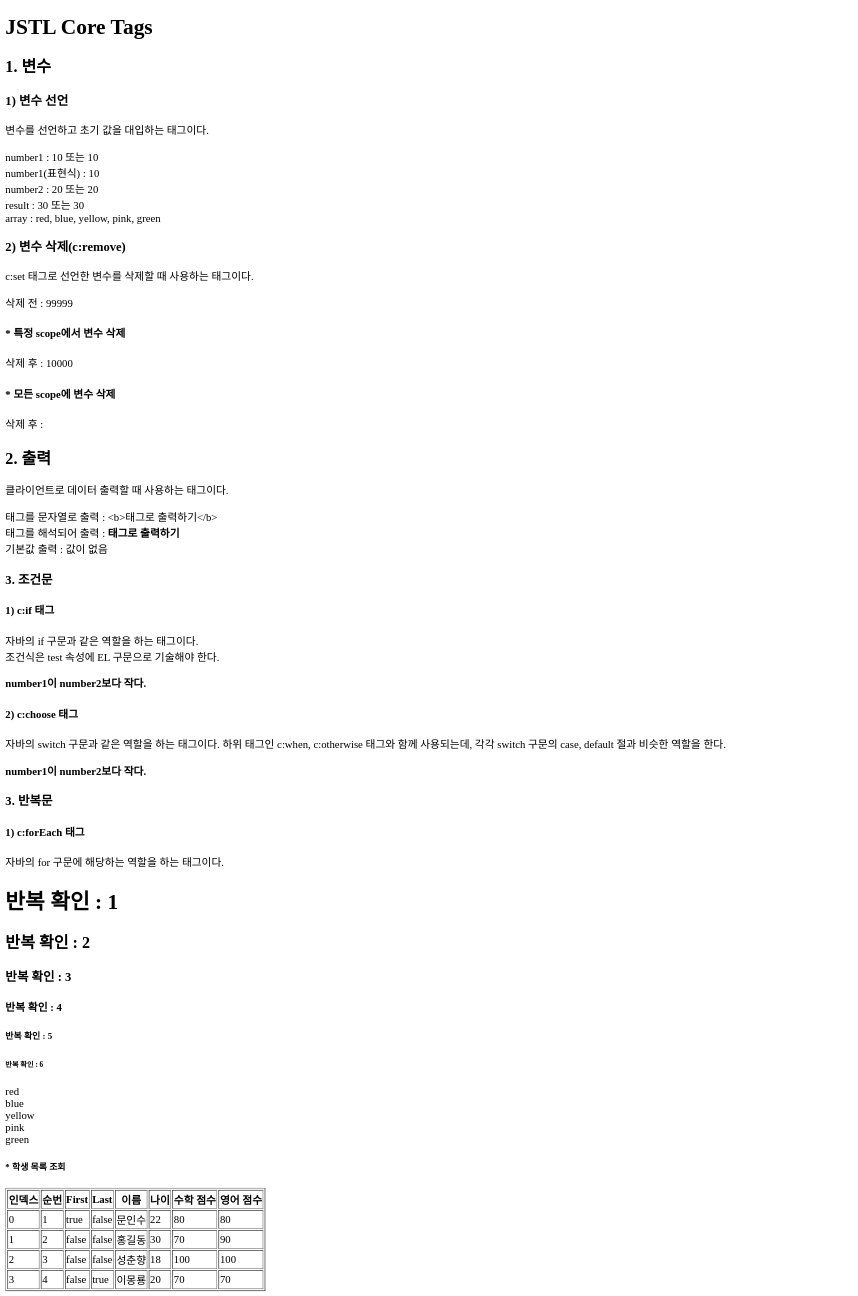
Repository: Parknogyung/Backend
Page: http://localhost/03_EL_JSTL/views/actiontag/jstl/core.jsp
These files come from the project's save history. The page is drawn as it stood at one moment and after the next save; the edit follows.
The browser window is 1280 px wide. The pictures show the whole page, at 67% of full size.
The page is served by Tomcat 9. Other server files are loaded and not shown.

Above is the page before, as saved 2022-07-13 05:18:05.

### 03_EL_JSTL/src/main/webapp/views/actiontag/jstl/core.jsp
<%@page import="java.util.ArrayList"%>
<%@page import="com.kh.el.model.vo.Student"%>
<%@page import="java.util.List"%>
<%@ page language="java" contentType="text/html; charset=UTF-8"
    pageEncoding="UTF-8"%>
<%@ taglib uri="http://java.sun.com/jsp/jstl/core" prefix="c" %>
<!DOCTYPE html>
<html>
<head>
<meta charset="UTF-8">
<title>JSTL Core Tags</title>
</head>
<body>
	<h1>JSTL Core Tags</h1>

	<h2>1. 변수</h2>
	<h3>1) 변수 선언</h3>
	<p>
		변수를 선언하고 초기 값을 대입하는 태그이다.
	</p>

	<c:set var="number1" value="10"/>
	<c:set var="number2" value="20" scope="request"/>
	<c:set var="result" value= "${number1 + number2 }" scope="session"/>
	<c:set var="array" scope="request">
		red, blue, yellow, pink, green
	</c:set>

	number1 : ${number1 } 또는 ${ pageScope.number1 }<br>
	number1(표현식) : <%= pageContext.getAttribute("number1") %> <br>
	number2 : ${number2 } 또는 ${requestScope.number2 } <br>
	result : ${result } 또는 ${sessionScope.result } <br>
	array : ${ array } <br>

	<h3>2) 변수 삭제(c:remove)</h3>
	<p>
		c:set 태그로 선언한 변수를 삭제할 때 사용하는 태그이다.
	</p>

	<c:set var="result" value="99999"/>
	<c:set var="result" value="10000" scope="request"/>

	삭제 전 : ${result}

	<h4>* 특정 scope에서 변수 삭제</h4>
	<c:remove var="result" scope="page"/>

	삭제 후 : ${result }

	<h4>* 모든 scope에 변수 삭제</h4>
	<c:remove var="result"/>

	삭제 후 : ${result }

	<h2>2. 출력</h2>
	<p>
		클라이언트로 데이터 출력할 때 사용하는 태그이다.
	</p>
	태그를 문자열로 출력 : <c:out value="<b>태그로 출력하기</b>" escapeXml="true"/>	<br>
	태그를 해석되어 출력 : <c:out value="<b>태그로 출력하기</b>" escapeXml="false"/> <br>
	기본값 출력 : <c:out value="${result }" default="값이 없음"/>	<br>

	<h3>3. 조건문</h3>

	<h4>1) c:if 태그 </h4>
	<p>
		자바의 if 구문과 같은 역할을 하는 태그이다. <br>
		조건식은 test 속성에 EL 구문으로 기술해야 한다.
	</p>

	<c:if test="${number1 > number2 }">
		<b>number1이 number2보다 크다.</b>
	</c:if>

	<c:if test="${number1 < number2 }">
		<b>number1이 number2보다 작다.</b>
	</c:if>

	<h4>2) c:choose 태그</h4>
	<p>
		자바의 switch 구문과 같은 역할을 하는 태그이다.
		하위 태그인 c:when, c:otherwise 태그와 함께 사용되는데, 각각 switch 구문의 case, default 절과 비슷한 역할을 한다.
	</p>

	<c:choose>
		<c:when test="${number1 > number2 }">
			<b>number1이 number2보다 크다.</b>
		</c:when>

		<c:when test="${number1 < number2 }">
			<b>number1이 number2보다 작다.</b>
		</c:when>

		<c:otherwise>
			<b>number1이 number2보다 크거나 작지 않다. </b>
		</c:otherwise>
	</c:choose>

	<h3>3. 반복문</h3>
	<h4>1) c:forEach 태그</h4>
	<p>
		자바의 for 구문에 해당하는 역할을 하는 태그이다.
	</p>

	<!-- 자바의 for 구문처럼 사용하기 -->
	<c:forEach var="i" begin="1" end="6" step="1">
		<h${i }>반복 확인 : ${i } </h${i }>
	</c:forEach>

	<!-- 자바의 향상된 for 구문처럼 사용하기 -->
	<c:forEach var="color" items="${array }">
		${color } <br>
	</c:forEach>

	<%
		List<Student> list = new ArrayList<>();

		list.add(new Student("문인수", 22, 80, 80));
		list.add(new Student("홍길동", 30, 70, 90));
		list.add(new Student("성춘향", 18, 100, 100));
		list.add(new Student("이몽룡", 20, 70, 70));

		pageContext.setAttribute("list", list);
	%>

	<h5>* 학생 목록 조회</h5>
	<table border="1">
		<tr>
			<th>인덱스</th>
			<th>순번</th>
			<th>First</th>
			<th>Last</th>
			<th>이름</th>
			<th>나이</th>
			<th>수학 점수</th>
			<th>영어 점수</th>
		</tr>
		<c:forEach var="student" items="${list}" varStatus="status">
			<tr>
				<td>${status.index }</td>
				<td>${status.count }</td>
				<td>${status.first }</td>
				<td>${status.last }</td>
				<td>${student.name } </td>
				<td>${student.age }</td>
				<td>${student.math }</td>
				<td>${student.english }</td>
			</tr>
		</c:forEach>
	</table>

</body>
</html>

### 03_EL_JSTL/src/main/java/com/kh/el/model/vo/Student.java
package com.kh.el.model.vo;

import lombok.AllArgsConstructor;
import lombok.Data;
import lombok.Getter;
import lombok.NoArgsConstructor;

@Data
@NoArgsConstructor
@AllArgsConstructor
public class Student {
	private String name;

	private int age;

	private int math;

	private int english;
}

After the next save:
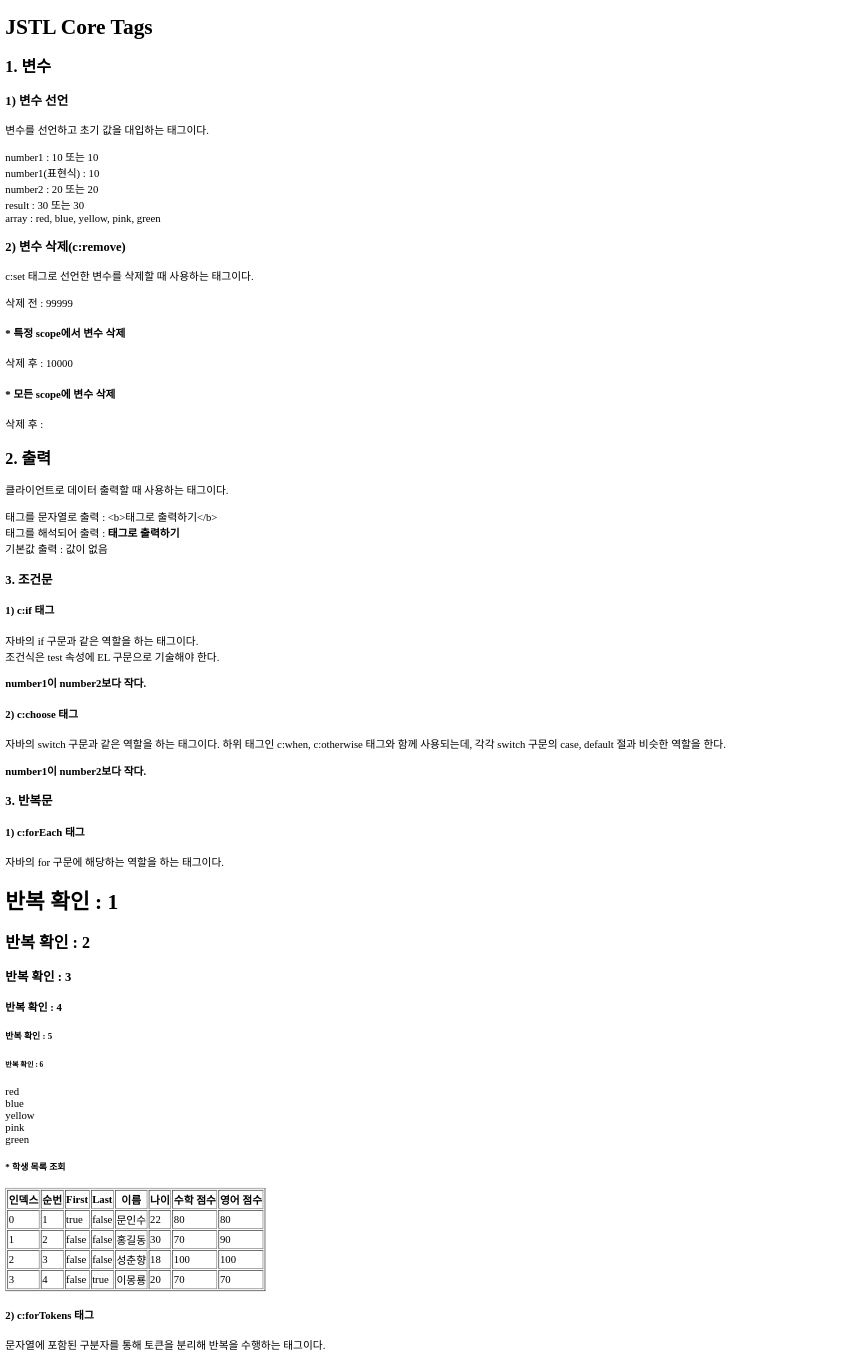
Saved 18 min 48 s later.
--- a/03_EL_JSTL/src/main/webapp/views/actiontag/jstl/core.jsp
+++ b/03_EL_JSTL/src/main/webapp/views/actiontag/jstl/core.jsp
@@ -149,5 +149,8 @@
 		</c:forEach>
 	</table>
 
+	<h4>2) c:forTokens 태그</h4>
+	문자열에 포함된 구분자를 통해 토큰을 분리해 반복을 수행하는 태그이다.
+
 </body>
 </html>
